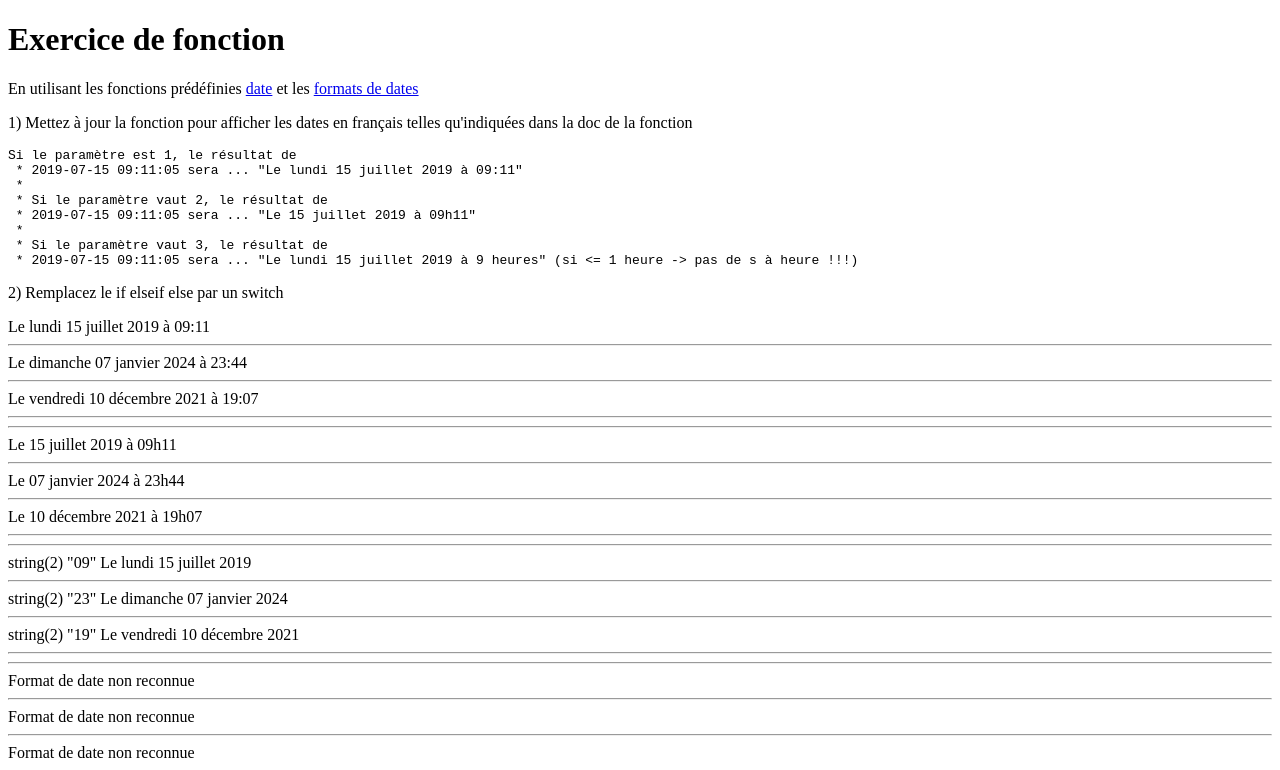
Repository: WebDevCF2m2021/base-php-2021
Page: http://localhost/20-dates-en-francais.php
An editor plug-in stored every save of this project. The page is shown before and after the next save, followed by the edit.
The browser window is 1280 px wide. The pictures show the whole page.
The page is run by PHP 8.4 with error messages shown; the project is at /var/www/html/.

Above is the page before, as saved 2021-09-20 18:28:44.

After the next save:
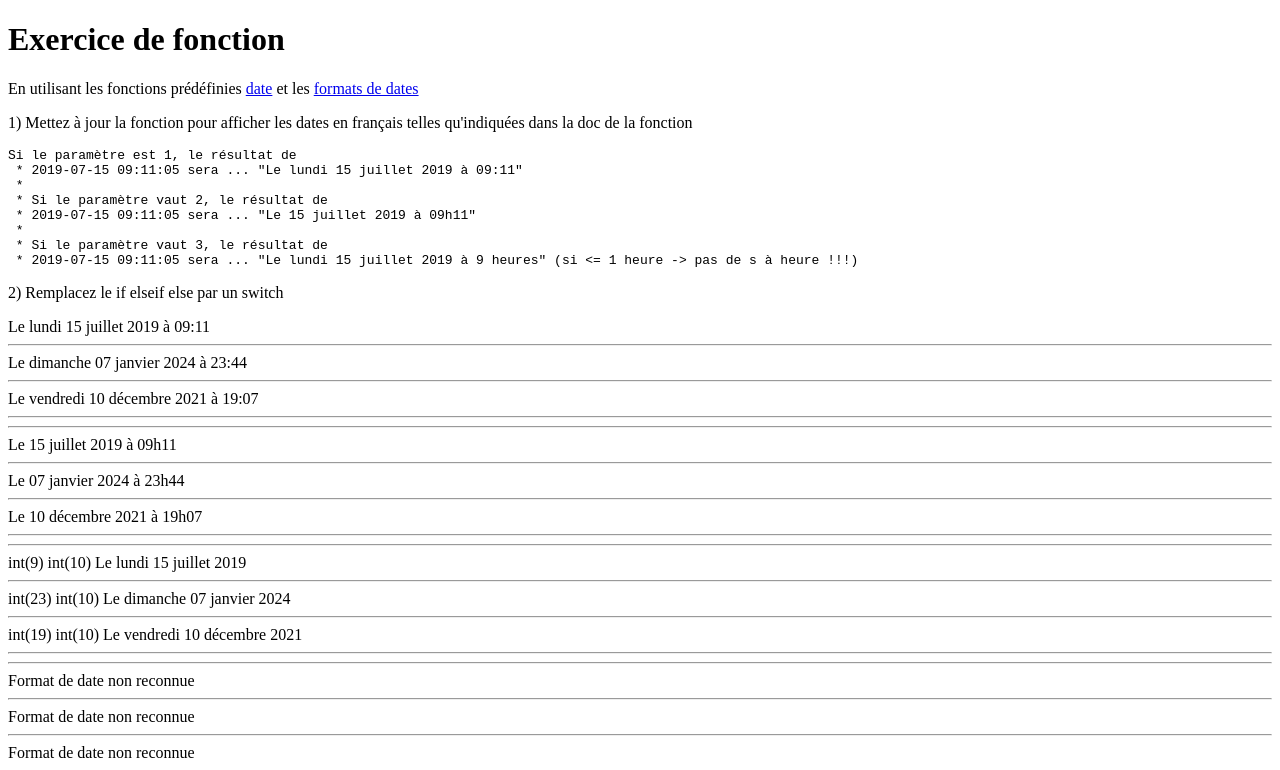
Saved 46 s later.
--- a/20-dates-en-francais.php
+++ b/20-dates-en-francais.php
@@ -48,7 +48,7 @@ function frenchDate($date,$format=1){
         .date("d",$date)." " // chiffre du jour
         .$moisTab[date("n",$date)]." " // mois en français
         .date("Y",$date); // année / heures / minutes
-        var_dump(date("H",$date));
+        var_dump(intval(date("H",$date)),10);
 /*         if(date("Y",$date)){}else{} */
     }else{
          return "Format de date non reconnue";
